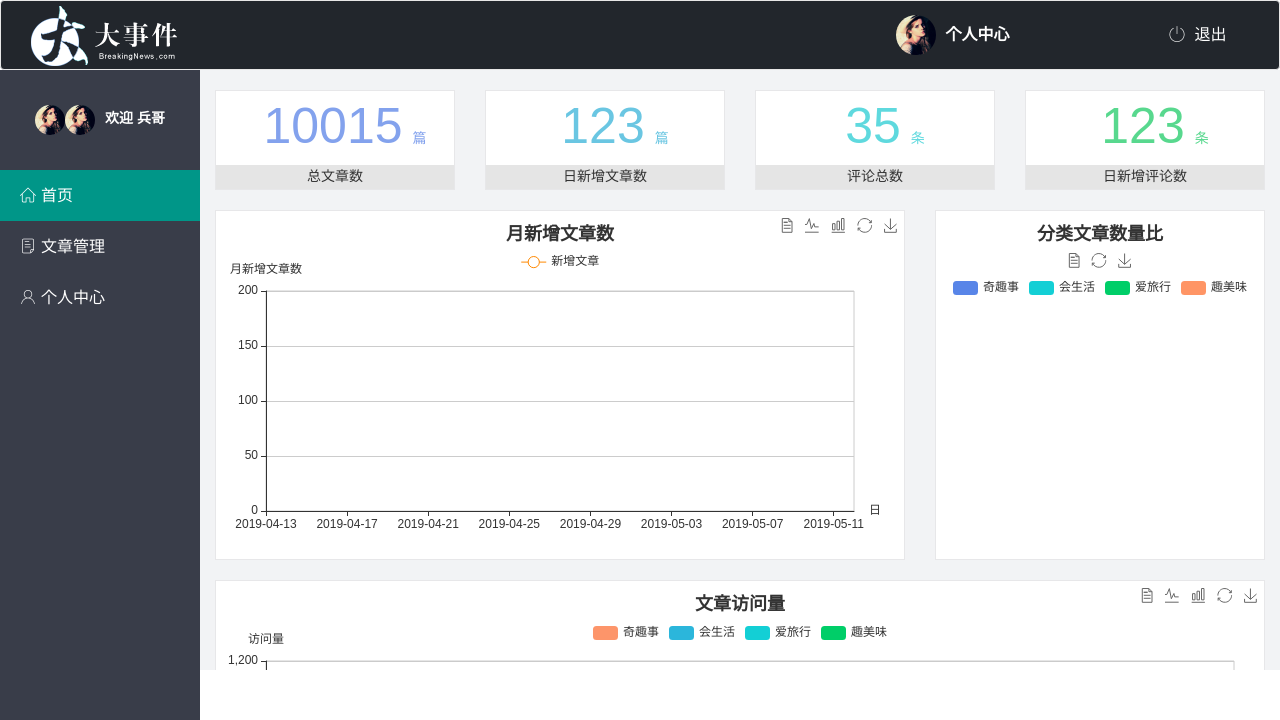
Repository: pursuit-YHP/project_dashijian
Page: index.html
The author's editor kept a copy of each file at every save. The page is drawn from the files as they stood at one save, then again after the next save.
The browser window is 1280 px wide. The pictures show the whole page.
The style sheet was rebuilt from its Sass, Less or Tailwind sources for each picture, by a compiler version that may differ from the author's.

Above is the page before, as saved 2022-03-13 21:15:24.

### index.html
<!DOCTYPE html>
<html lang="en">

<head>
    <meta charset="UTF-8">
    <meta http-equiv="X-UA-Compatible" content="IE=edge">
    <meta name="viewport" content="width=device-width, initial-scale=1.0">
    <title>Document</title>
    <link rel="stylesheet" href="./assets/lib/bootstrap.css">
    <link rel="stylesheet" href="./assets/css/index.css">
    <link rel="stylesheet" href="./assets/fonts/iconfont.css">
</head>

<body>
    <!-- 头部 -->
    <nav class="navbar navbar-default">
        <div class="container-fluid">
            <div class="navbar-header">
                <a class="navbar-brand" href="#">
                    <img alt="Brand" src="./assets/images/logo.png">
                </a>
            </div>
            <div class="setting">
                <div class="tx_zoom">
                    <div class="touxiang"></div>
                    <label class="myzoon">个人中心</label>
                </div>
                <div class="unlogin">
                    <span class="iconfont icon-tuichu"></span>
                    <span>退出</span>
                </div>
            </div>
        </div>

    </nav>
    <!-- 侧边导航栏 -->
    <aside>
        <div class="aside_head">
            <span class="user_ava"></span>
            <span class="default_ava"></span>
            <label for="">欢迎 兵哥</label>

        </div>
        <div class="aside_body">
            <ul>
                <li class="current_li">
                    <a href="./home/dashboard.html" target="fm"><span class="iconfont icon-home"></span>首页</a>
                </li>
                <li><a href="javasecipt:;"><span class="iconfont icon-16"></span>文章管理</a></li>
                <ul>
                    <li><a href=""><span class="iconfont icon-16"></span>文章类别</a></li>
                    <li><a href=""><span class="iconfont icon-16"></span>文章列表</a></li>
                    <li><a href=""><span class="iconfont icon-16"></span>发表文章</a></li>
                </ul>
                <li><a href="javasecipt:;"><span class="iconfont icon-user"></span>个人中心</a></li>
                <ul>
                    <li><a href=""><span class="iconfont icon-16"></span>基本资料</a></li>
                    <li><a href=""><span class="iconfont icon-16"></span>更换头像</a></li>
                    <li><a href=""><span class="iconfont icon-16"></span>重置密码</a></li>
                </ul>
            </ul>
        </div>
    </aside>
    <!-- 中心区域 -->
    <main>
        <iframe name="fm" src="./home/dashboard.html" frameborder="0"></iframe>
    </main>
    <script src="./assets/lib/jquery.js"></script>
    <script src="/assets/js/baseAPI.js"></script>
    <script src="./assets/js/index.js"></script>
</body>

</html>

### assets/js/baseAPI.js
// 在每次执行ajax请求之前, 都会执行ajaxPrefilter(option)函数,option就是发起请求传递的配置项,
// 我们可以通过修改option.url来配置根路径
$.ajaxPrefilter(function(option) {
    // console.log(option.url);
    option.url = "http://www.liulongbin.top:3007" + option.url
})

### home/dashboard.html
<!DOCTYPE html>
<html lang="en">

<head>
  <meta charset="UTF-8">
  <meta name="viewport" content="width=device-width, initial-scale=1.0">
  <meta http-equiv="X-UA-Compatible" content="ie=edge">
  <title>图表统计</title>
  <link rel="stylesheet" href="../../assets/lib/bootstrap.css" />
  <link rel="stylesheet" href="../../assets/lib/main.css" />
  <script src="../../assets/lib/jquery.js"></script>
  <script type="text/javascript" src="../../assets/lib/echarts.min.js"></script>
</head>

<body>
  <div class="container-fluid">
    <div class="row spannel_list">
      <div class="col-sm-3 col-xs-6">
        <div class="spannel">
          <em>10015</em><span>篇</span>
          <b>总文章数</b>
        </div>
      </div>
      <div class="col-sm-3 col-xs-6">
        <div class="spannel scolor01">
          <em>123</em><span>篇</span>
          <b>日新增文章数</b>
        </div>
      </div>
      <div class="col-sm-3 col-xs-6">
        <div class="spannel scolor02">
          <em>35</em><span>条</span>
          <b>评论总数</b>
        </div>
      </div>
      <div class="col-sm-3 col-xs-6">
        <div class="spannel scolor03">
          <em>123</em><span>条</span>
          <b>日新增评论数</b>
        </div>
      </div>
    </div>
  </div>

  <div class="container-fluid">
    <div class="row curve-pie">
      <div class="col-lg-8 col-md-8">
        <div class="gragh_pannel" id="curve_show"></div>
      </div>
      <div class="col-lg-4 col-md-4">
        <div class="gragh_pannel" id="pie_show"></div>
      </div>
    </div>
  </div>

  <div class="container-fluid">
    <div class="column_pannel" id="column_show"></div>
  </div>

  <script>
    var oChart = echarts.init(document.getElementById('curve_show'));
    var aList_all = [
      { 'count': 36, 'date': '2019-04-13' },
      { 'count': 52, 'date': '2019-04-14' },
      { 'count': 78, 'date': '2019-04-15' },
      { 'count': 85, 'date': '2019-04-16' },
      { 'count': 65, 'date': '2019-04-17' },
      { 'count': 72, 'date': '2019-04-18' },
      { 'count': 88, 'date': '2019-04-19' },
      { 'count': 64, 'date': '2019-04-20' },
      { 'count': 72, 'date': '2019-04-21' },
      { 'count': 90, 'date': '2019-04-22' },
      { 'count': 96, 'date': '2019-04-23' },
      { 'count': 100, 'date': '2019-04-24' },
      { 'count': 102, 'date': '2019-04-25' },
      { 'count': 110, 'date': '2019-04-26' },
      { 'count': 123, 'date': '2019-04-27' },
      { 'count': 100, 'date': '2019-04-28' },
      { 'count': 132, 'date': '2019-04-29' },
      { 'count': 146, 'date': '2019-04-30' },
      { 'count': 200, 'date': '2019-05-01' },
      { 'count': 180, 'date': '2019-05-02' },
      { 'count': 163, 'date': '2019-05-03' },
      { 'count': 110, 'date': '2019-05-04' },
      { 'count': 80, 'date': '2019-05-05' },
      { 'count': 82, 'date': '2019-05-06' },
      { 'count': 70, 'date': '2019-05-07' },
      { 'count': 65, 'date': '2019-05-08' },
      { 'count': 54, 'date': '2019-05-09' },
      { 'count': 40, 'date': '2019-05-10' },
      { 'count': 45, 'date': '2019-05-11' },
      { 'count': 38, 'date': '2019-05-12' },
    ];

    let aCount = [];
    let aDate = [];

    for (var i = 0; i < aList_all.length; i++) {
      aCount.push(aList_all[i].count);
      aDate.push(aList_all[i].date);
    }

    var chartopt = {
      title: {
        text: '月新增文章数',
        left: 'center',
        top: '10'
      },
      tooltip: {
        trigger: 'axis'
      },
      legend: {
        data: ['新增文章'],
        top: '40'
      },
      toolbox: {
        show: true,
        feature: {
          mark: { show: true },
          dataView: { show: true, readOnly: false },
          magicType: { show: true, type: ['line', 'bar'] },
          restore: { show: true },
          saveAsImage: { show: true }
        }
      },
      calculable: true,
      xAxis: [
        {
          name: '日',
          type: 'category',
          boundaryGap: false,
          data: aDate
        }
      ],
      yAxis: [
        {
          name: '月新增文章数',
          type: 'value'
        }
      ],
      series: [
        {
          name: '新增文章',
          type: 'line',
          smooth: true,
          itemStyle: { normal: { areaStyle: { type: 'default' }, color: '#f80' }, lineStyle: { color: '#f80' } },
          data: aCount
        }],
      areaStyle: {
        normal: {
          color: new echarts.graphic.LinearGradient(0, 0, 0, 1, [{
            offset: 0,
            color: 'rgba(255,136,0,0.39)'
          }, {
            offset: .34,
            color: 'rgba(255,180,0,0.25)'
          }, {
            offset: 1,
            color: 'rgba(255,222,0,0.00)'
          }])

        }
      },
      grid: {
        show: true,
        x: 50,
        x2: 50,
        y: 80,
        height: 220
      }
    };

    oChart.setOption(chartopt);


    var oPie = echarts.init(document.getElementById('pie_show'));
    var oPieopt =
    {
      title: {
        top: 10,
        text: '分类文章数量比',
        x: 'center'
      },
      tooltip: {
        trigger: 'item',
        formatter: "{a} <br/>{b} : {c} ({d}%)"
      },
      color: ['#5885e8', '#13cfd5', '#00ce68', '#ff9565'],
      legend: {
        x: 'center',
        top: 65,
        data: ['奇趣事', '会生活', '爱旅行', '趣美味']
      },
      toolbox: {
        show: true,
        x: 'center',
        top: 35,
        feature: {
          mark: { show: true },
          dataView: { show: true, readOnly: false },
          magicType: {
            show: true,
            type: ['pie', 'funnel'],
            option: {
              funnel: {
                x: '25%',
                width: '50%',
                funnelAlign: 'left',
                max: 1548
              }
            }
          },
          restore: { show: true },
          saveAsImage: { show: true }
        }
      },
      calculable: true,
      series: [
        {
          name: '访问来源',
          type: 'pie',
          radius: ['45%', '60%'],
          center: ['50%', '65%'],
          data: [
            { value: 300, name: '奇趣事' },
            { value: 100, name: '会生活' },
            { value: 260, name: '爱旅行' },
            { value: 180, name: '趣美味' }
          ]
        }
      ]
    };
    oPie.setOption(oPieopt);



    var oColumn = this.echarts.init(document.getElementById('column_show'));
    var oColumnopt =
    {
      title: {
        text: '文章访问量',
        left: 'center',
        top: '10'
      },
      tooltip: {
        trigger: 'axis'
      },
      legend: {
        data: ['奇趣事', '会生活', '爱旅行', '趣美味'],
        top: '40'
      },
      toolbox: {
        show: true,
        feature: {
          mark: { show: true },
          dataView: { show: true, readOnly: false },
          magicType: { show: true, type: ['line', 'bar'] },
          restore: { show: true },
          saveAsImage: { show: true }
        }
      },
      calculable: true,
      xAxis: [
        {
          type: 'category',
          data: ['1月', '2月', '3月', '4月', '5月']
        }
      ],
      yAxis: [
        {
          name: '访问量',
          type: 'value'
        }
      ],
      series: [
        {
          name: '奇趣事',
          type: 'bar',
          barWidth: 20,
          itemStyle: {
            normal: { areaStyle: { type: 'default' }, color: '#fd956a' }
          },
          data: [800, 708, 920, 1090, 1200]
        },
        {
          name: '会生活',
          type: 'bar',
          barWidth: 20,
          itemStyle: {
            normal: { areaStyle: { type: 'default' }, color: '#2bb6db' }
          },
          data: [400, 468, 520, 690, 800]
        },
        {
          name: '爱旅行',
          type: 'bar',
          barWidth: 20,
          itemStyle: {
            normal: { areaStyle: { type: 'default' }, color: '#13cfd5' }
          },
          data: [500, 668, 520, 790, 900]
        },
        {
          name: '趣美味',
          type: 'bar',
          barWidth: 20,
          itemStyle: {
            normal: { areaStyle: { type: 'default' }, color: '#00ce68' }
          },
          data: [600, 508, 720, 890, 1000]
        }
      ],
      grid: {
        show: true,
        x: 50,
        x2: 30,
        y: 80,
        height: 260
      },
      dataZoom: [//给x轴设置滚动条
        {
          start: 0,//默认为0
          end: 100 - 1000 / 31,//默认为100
          type: 'slider',
          show: true,
          xAxisIndex: [0],
          handleSize: 0,//滑动条的 左右2个滑动条的大小
          height: 8,//组件高度
          left: 45, //左边的距离
          right: 50,//右边的距离
          bottom: 26,//右边的距离
          handleColor: '#ddd',//h滑动图标的颜色
          handleStyle: {
            borderColor: "#cacaca",
            borderWidth: "1",
            shadowBlur: 2,
            background: "#ddd",
            shadowColor: "#ddd",
          }
        }]
    };
    oColumn.setOption(oColumnopt);
  </script>
</body>

</html>

### assets/css/index.less
*{
    padding: 0;
    margin: 0;
}
a{
    text-decoration: none;
    color: white;
}

a:link {
    color: white;
    text-decoration: none;
}
/*已经访问过的链接*/
a:visited {
    text-decoration: none;
    color: white;
}
/*鼠标划过(停留)的链接*/
a:hover {
    color: white;
    text-decoration: none;
}
/* 正在点击的链接*/
a:active {
    color: white;
    text-decoration: none;
}
.navbar-default{
    height: 70px;
    background-color: rgba(34, 38, 44)!important;

    img{
        margin-left: 15px;
        margin-top: -10px;
    }
}
.setting{
    width: 30%;
    height: 100%;
    position: absolute;
    top: 0;
    right: 0;
    display: flex;
    align-items: center;
    justify-content: space-around;
}
.tx_zoom{
    flex:1;
    display: flex;
    align-items: center;
}
.touxiang{
    display: inline-block;
    width: 40px;
    height: 40px;
    border-radius: 50%;
    background: url(../images/sample.jpg) no-repeat center;
    background-size: 40px auto;
}
.myzoon{
    display: inline-block;
    margin-left: 10px;
    color: white;
    font-size: 16px;
    margin-bottom: 0;
}
.unlogin{
    width: 80px;
    margin-right: 30px;
    color: white;
    font-size: 16px;
}

aside{
    position: fixed;
    left: 0;
    top: 70px;
    width: 200px;
    height: 100%;
    background-color: #393D49;
}
.aside_head{
    width: 100%;
    height: 100px;
    line-height: 100px;
    text-align: center;
    display: flex;
    align-items: center;
    justify-content: center;
    span{
        display: inline-block;
        width: 30px;
        height: 30px;
        border-radius: 50%;
        background: url(../images/sample.jpg) no-repeat center;
        background-size: 30px;
        color: white;
    }
    label{
        margin-left: 10px;
        color: white;
    }
}
.aside_body{
    li{
        padding: 15px 20px;
        font-size: 16px;
        line-height: 20px;
    }
    >ul ul{
        display: none;
        li{
            padding-left: 30px;
        }
    }
}

.iconfont{
    margin-right: 5px;
}
.current_li{
    background-color: rgba(0, 150, 136);
}
main{
    width: calc(100% - 200px);
    height: calc(100% - 70px - 50px);
    position: fixed;
    top: 70px;
    left: 200px;
}
iframe{
    width: 100%;
    height: 100%;
}
.default_ava{
    display: inline-block;
    width: 40px;
    height: 40px;
    border-radius: 50%;
    line-height: 40px;
    text-align: center;
    font-size: 22px;
}

Loaded but not shown: assets/lib/bootstrap.css (library); assets/fonts/iconfont.css (common file); assets/lib/jquery.js (library); assets/lib/main.css (library); assets/lib/echarts.min.js (library); assets/js/index.js (no stored copy; drawn as an empty file)

After the next save:
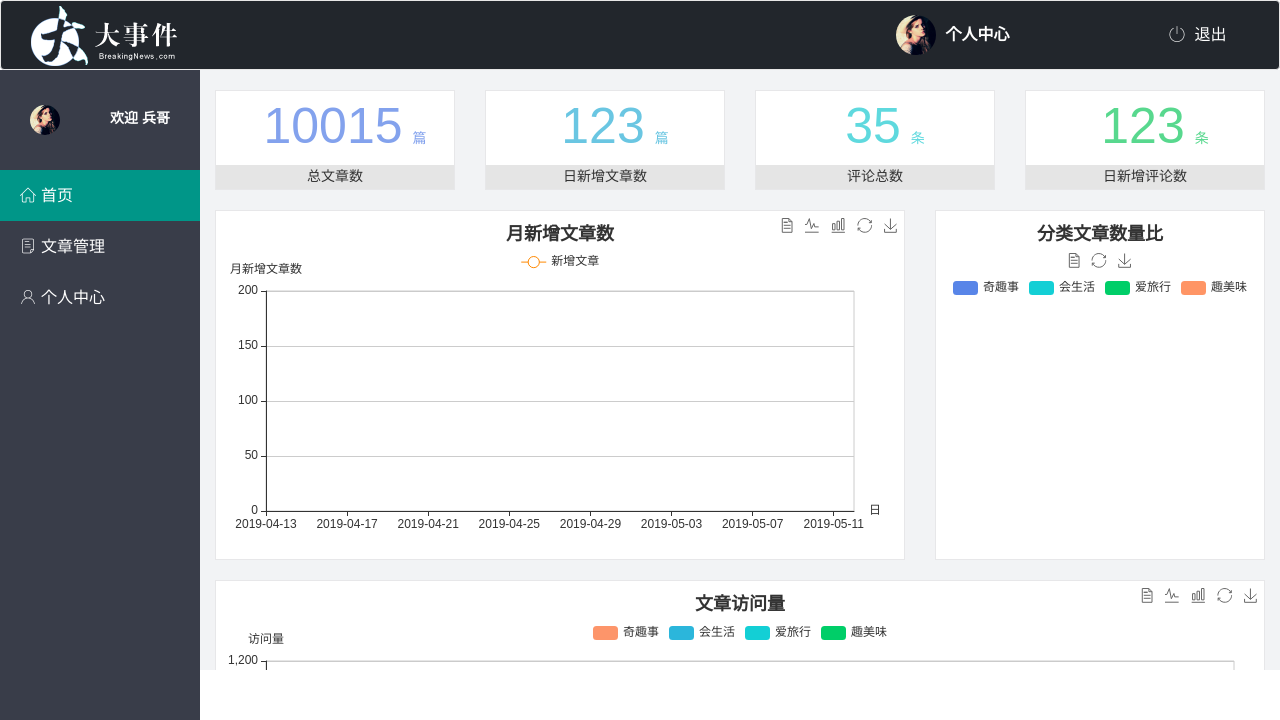
Saved 42 s later.
--- a/assets/css/index.less
+++ b/assets/css/index.less
@@ -88,7 +88,7 @@ aside{
     display: flex;
     align-items: center;
     justify-content: center;
-    span{
+    .user_ava{
         display: inline-block;
         width: 30px;
         height: 30px;
